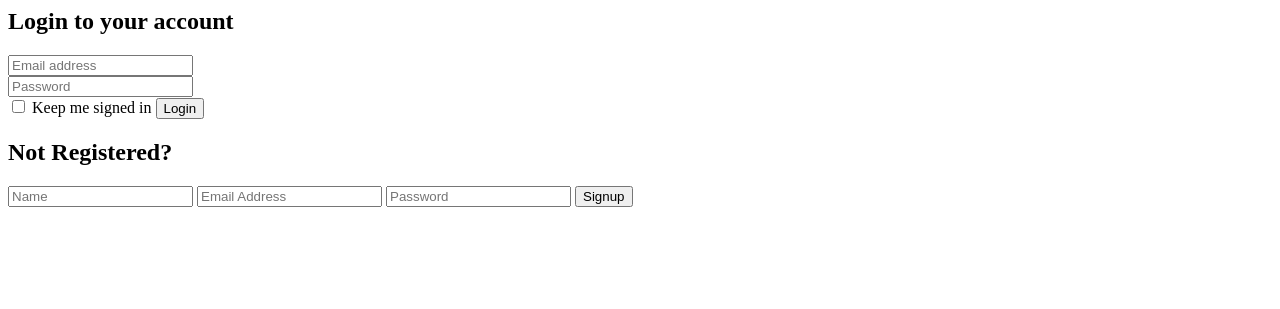
Repository: PaulLabat/RenTech
Page: http://localhost/RenTech/views/login.jsp
These files come from the project's save history. The page is drawn as it stood at one moment and after a run of saves; the edit follows.
The browser window is 1280 px wide. The pictures show the whole page.
The page is served by Tomcat 9. Other server files are loaded and not shown.

Above is the page before, as saved 2014-10-29 09:50:01.

### RenTech/WebContent/views/login.jsp
	<section id="form"><!--form-->
		<div class="container">
			<div class="row">
				<div class="col-sm-4 col-sm-offset-1">
					<div class="login-form"><!--login form-->
						<h2>Login to your account</h2>
						<form action="#">
							<div class="input-group margin-bottom-sm">
							  <span class="input-group-addon"><i class="fa fa-envelope-o fa-fw"></i></span>
							  <input class="form-control" type="text" placeholder="Email address">
							</div>
							<div class="input-group">
							  <span class="input-group-addon"><i class="fa fa-key fa-fw"></i></span>
							  <input class="form-control" type="password" placeholder="Password">
							</div>

							<span>
								<input type="checkbox" class="checkbox">
								Keep me signed in
							</span>
							<button type="submit" class="btn btn-default">Login</button>
						</form>
					</div><!--/login form-->
				</div>

				<div class="col-sm-4">
					<div class="signup-form"><!--sign up form-->
						<h2>Not Registered?</h2>
						<form action="#">
							<input type="text" placeholder="Name"/>
							<input type="email" placeholder="Email Address"/>
							<input type="password" placeholder="Password"/>
							<button type="submit" class="btn btn-default">Signup</button>
						</form>
					</div><!--/sign up form-->
				</div>
			</div>
		</div>
	</section><!--/form-->

After the next 2 saves:
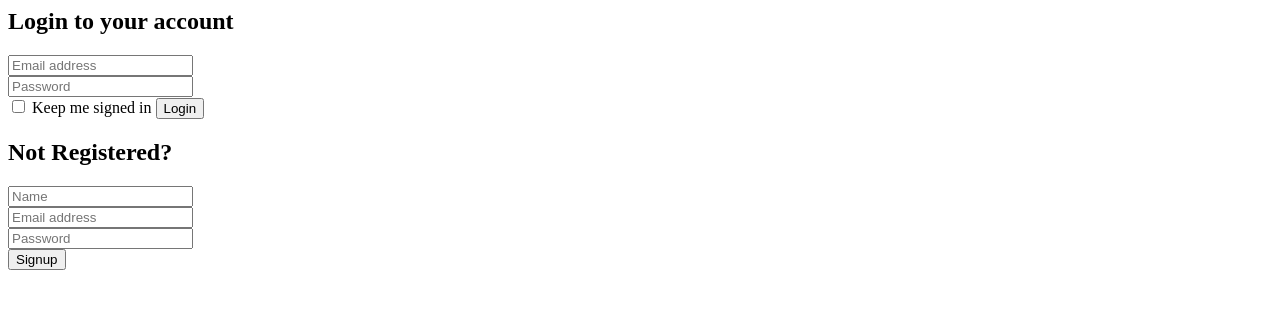
The 2 saves are shown as one change because they came seconds apart.
The last was saved 2 min 4 s later.
--- a/RenTech/WebContent/views/login.jsp
+++ b/RenTech/WebContent/views/login.jsp
@@ -27,9 +27,18 @@
 					<div class="signup-form"><!--sign up form-->
 						<h2>Not Registered?</h2>
 						<form action="#">
-							<input type="text" placeholder="Name"/>
-							<input type="email" placeholder="Email Address"/>
-							<input type="password" placeholder="Password"/>
+							<div class="input-group margin-bottom-sm">
+							  <span class="input-group-addon"><i class="fa fa-envelope-o fa-fw"></i></span>
+							  <input class="form-control" type="text" placeholder="Name">
+							</div>
+							<div class="input-group margin-bottom-sm">
+							  <span class="input-group-addon"><i class="fa fa-envelope-o fa-fw"></i></span>
+							  <input class="form-control" type="text" placeholder="Email address">
+							</div>
+							<div class="input-group">
+							  <span class="input-group-addon"><i class="fa fa-key fa-fw"></i></span>
+							  <input class="form-control" type="password" placeholder="Password">
+							</div>
 							<button type="submit" class="btn btn-default">Signup</button>
 						</form>
 					</div><!--/sign up form-->
